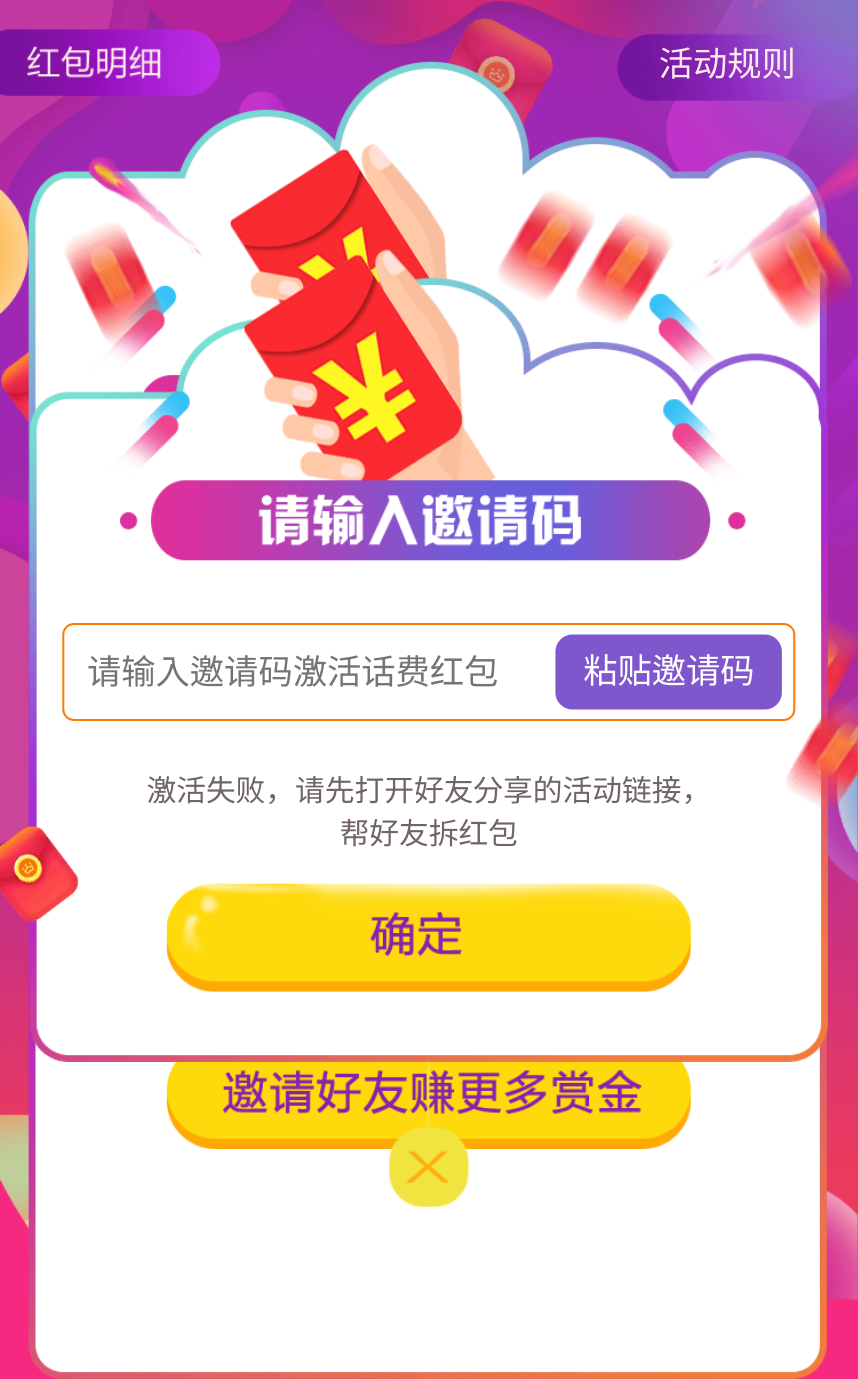
Repository: wangbiaozy/hb
Page: index_ye.html
An editor plug-in stored every save of this project. The page is shown before and after the next save, followed by the edit.
The browser window is 1280 px wide. The pictures show the whole page, at 67% of full size.

Above is the page before, as saved 2018-08-17 15:23:08.

After the next save:
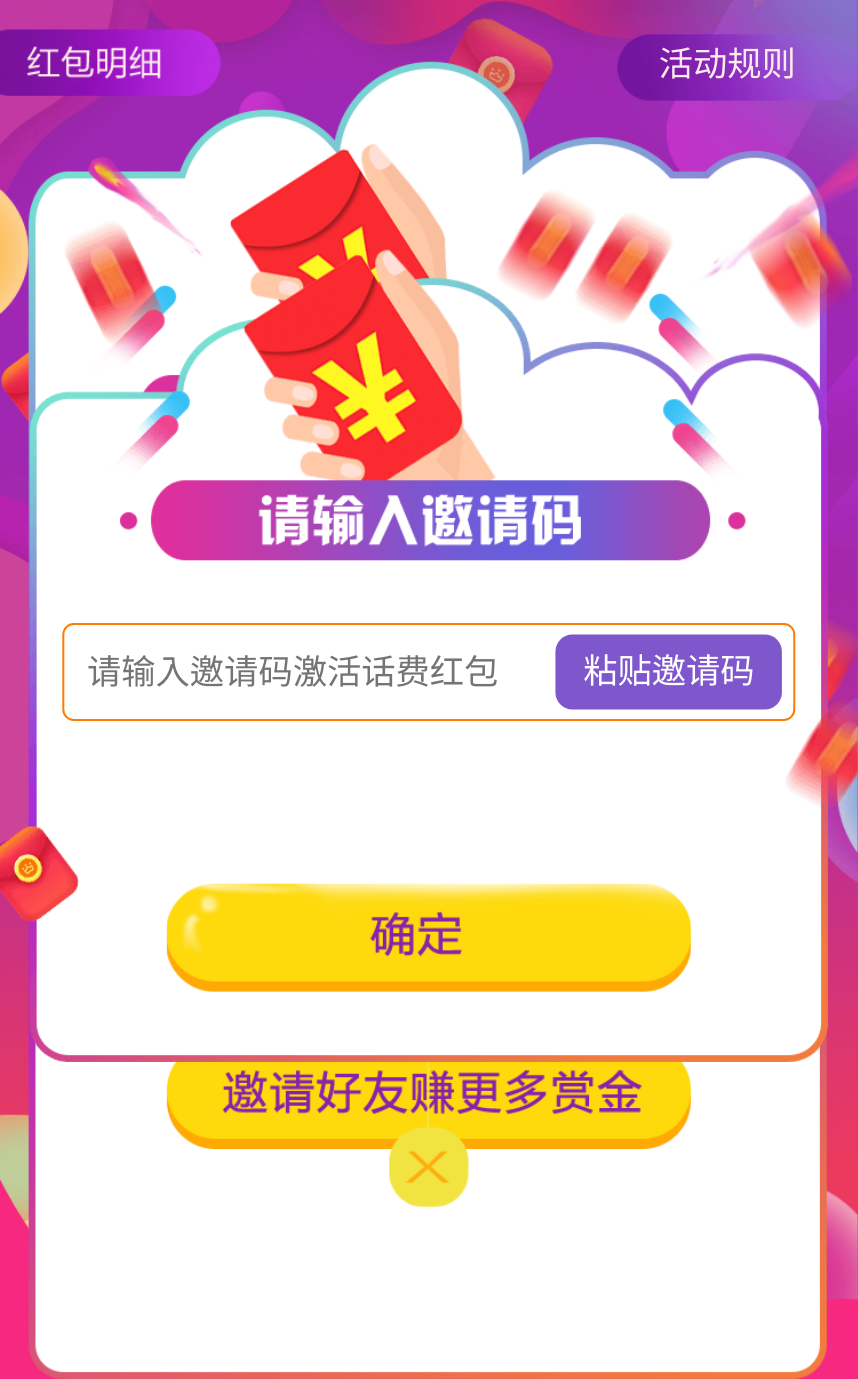
Saved 9 s later.
--- a/index_ye.html
+++ b/index_ye.html
@@ -35,7 +35,7 @@
             <input type="text" placeholder="请输入邀请码激活话费红包">
             <a href="">粘贴邀请码</a>
         </div>
-        <p>激活失败，请先打开好友分享的活动链接，帮好友拆红包</p>
+        <p class="hide">激活失败，请先打开好友分享的活动链接，帮好友拆红包</p>
         <div>
             <a class="close" href="javascript:void(0)"></a>
             <a class="close" href="javascript:void(0)"></a>

After the save that followed:
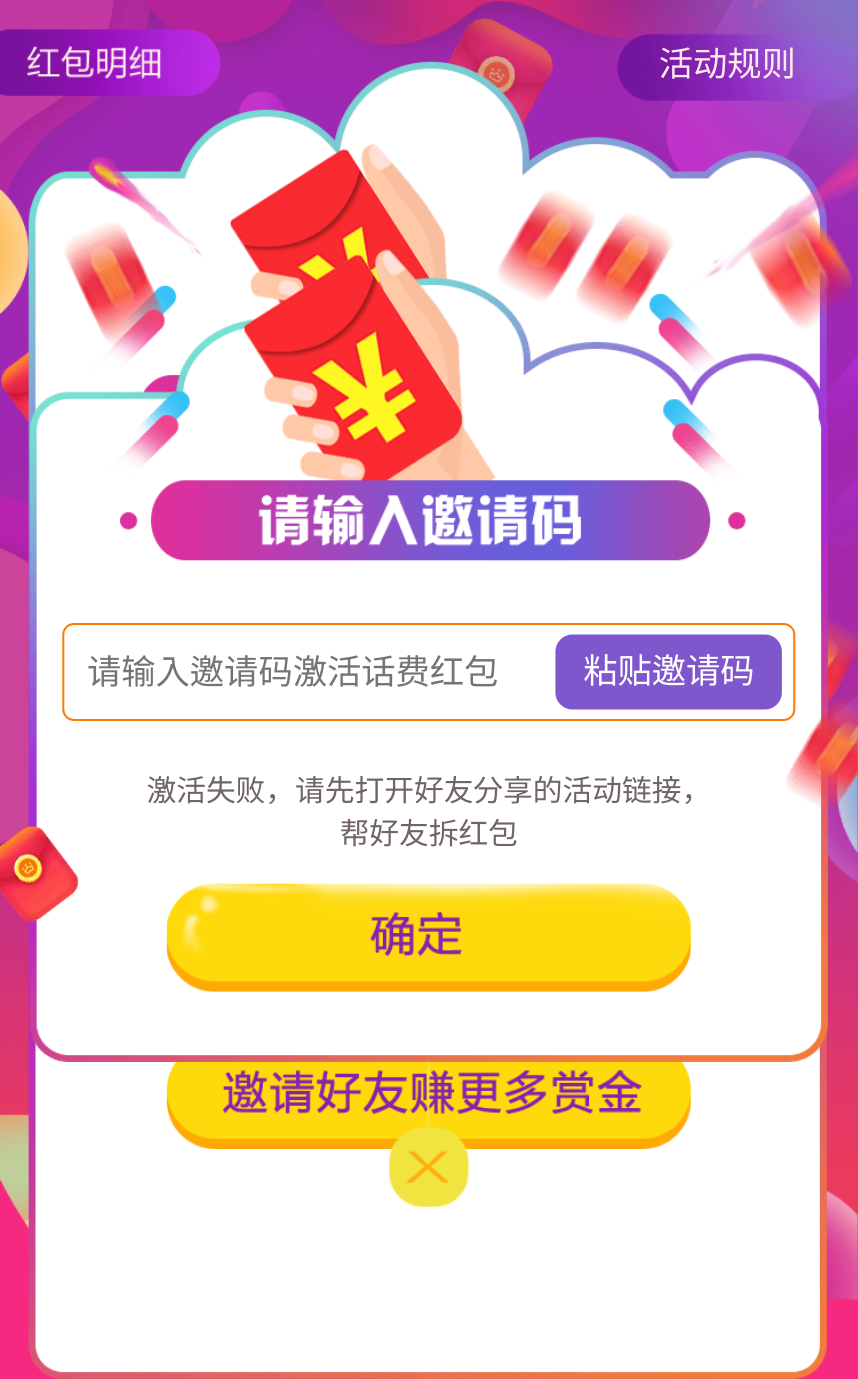
Saved 38 s later.
--- a/index_ye.html
+++ b/index_ye.html
@@ -35,7 +35,8 @@
             <input type="text" placeholder="请输入邀请码激活话费红包">
             <a href="">粘贴邀请码</a>
         </div>
-        <p class="hide">激活失败，请先打开好友分享的活动链接，帮好友拆红包</p>
+        <!-- class="show" 显示 -->
+        <p>激活失败，请先打开好友分享的活动链接，帮好友拆红包</p>
         <div>
             <a class="close" href="javascript:void(0)"></a>
             <a class="close" href="javascript:void(0)"></a>
